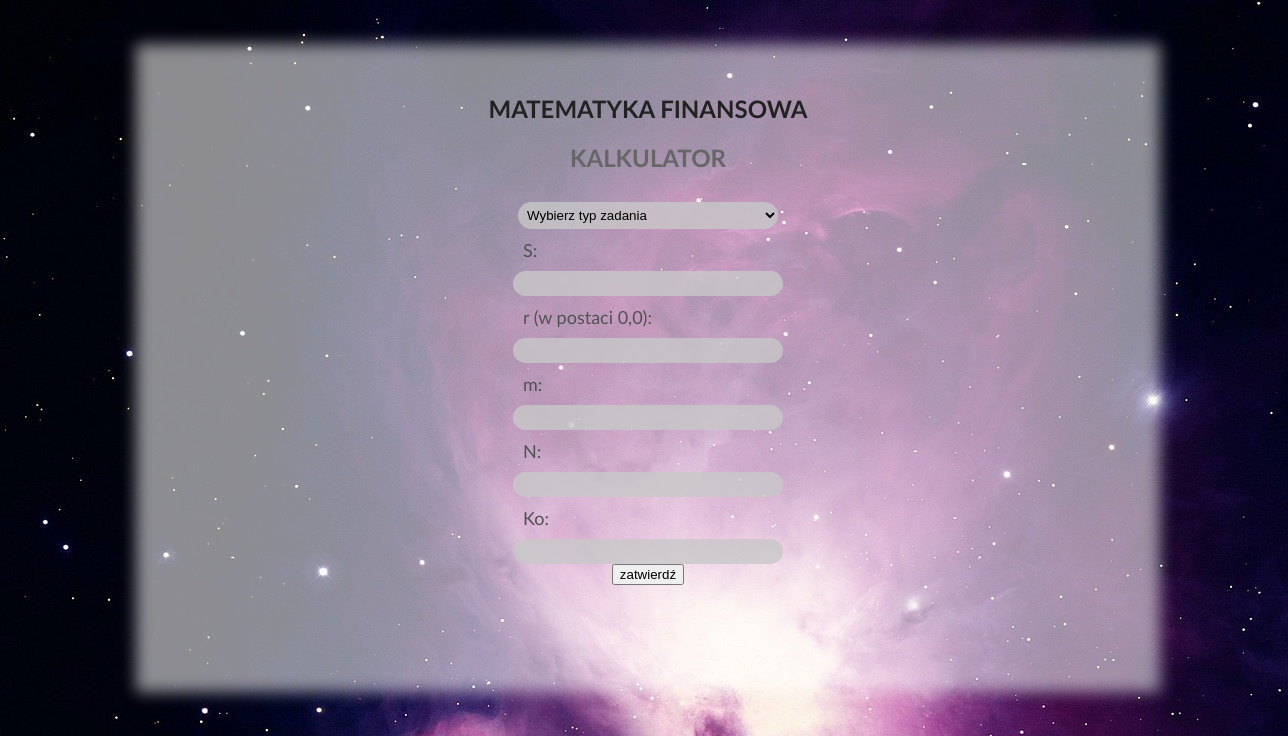
Repository: ravkita/MFCalc
Page: index.html
The author's editor kept a copy of each file at every save. The page is drawn from the files as they stood at one save, then again after the next save.
The browser window is 1280 px wide. The page is 1288 px wide, so the pictures cover 1288 px, including what lies to the right of the window. The pictures show the whole page.

Above is the page before, as saved 2021-04-12 19:47:13.

After the next save:
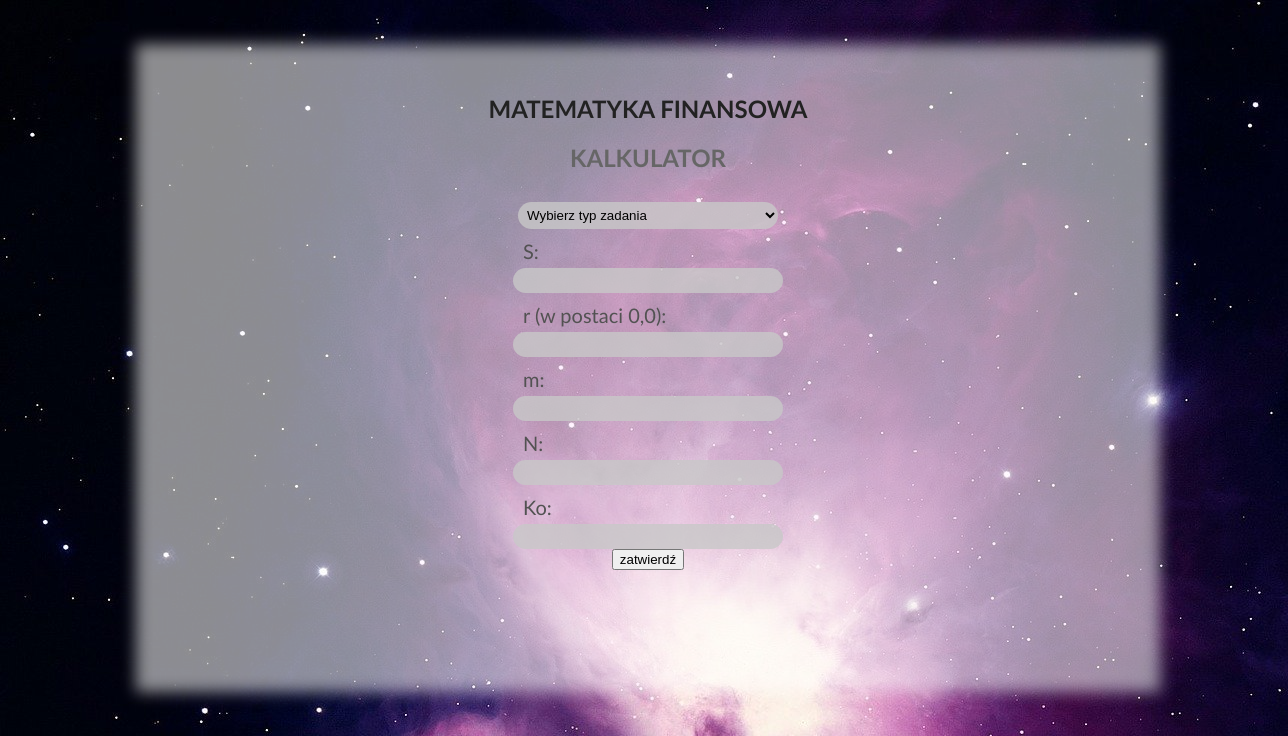
Saved 10 s later.
--- a/index.html
+++ b/index.html
@@ -72,9 +72,9 @@
         }
         label{
             padding-left: 10px;
-            padding-bottom: 10px;
+            padding-bottom: 5px;
             color: #525252;
-            font-size: 18px;
+            font-size: 20px;
         }
     </style>
 </head>
